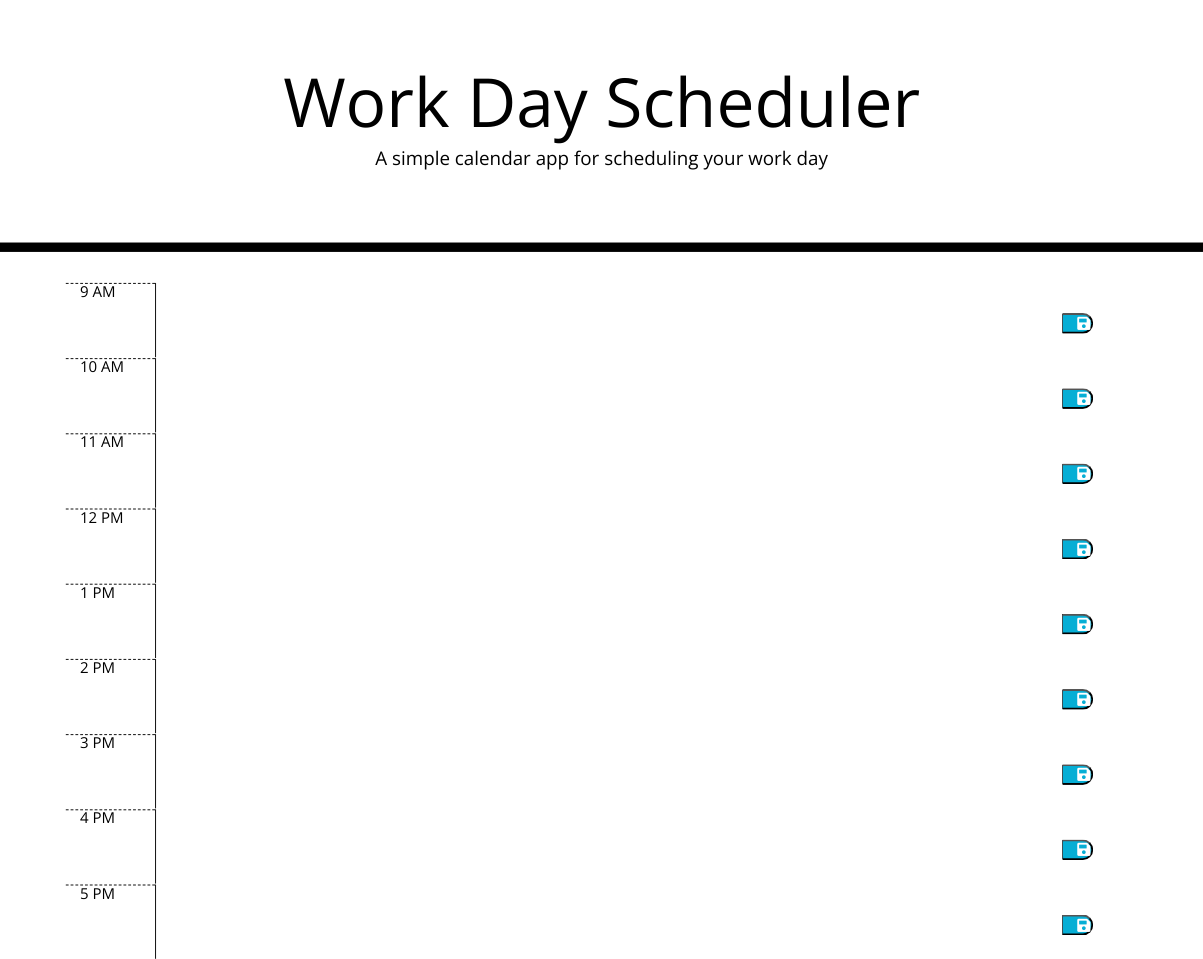
Repository: UPye/workDayScheduler
Page: index.html
The author's editor kept a copy of each file at every save. The page is drawn from the files as they stood at one save, then again after the next save.
The browser window is 1280 px wide. The pictures show the whole page, at 94% of full size.
Some web libraries are served in a nearby version.

Above is the page before, as saved 2021-01-25 21:57:51.
Console error: SyntaxError: Invalid or unexpected token

### index.html
<!DOCTYPE html>
<html lang="en">
  <head>
    <meta charset="UTF-8" />
    <meta name="viewport" content="width=device-width, initial-scale=1.0" />
    <meta http-equiv="X-UA-Compatible" content="ie=edge" />
    <link
      rel="stylesheet"
      href="https://stackpath.bootstrapcdn.com/bootstrap/4.3.1/css/bootstrap.min.css"
    />
    <link
      rel="stylesheet"
      href="https://use.fontawesome.com/releases/v5.8.1/css/all.css"
      integrity="sha384-50oBUHEmvpQ+1lW4y57PTFmhCaXp0ML5d60M1M7uH2+nqUivzIebhndOJK28anvf"
      crossorigin="anonymous"
    />
    <link
      href="https://fonts.googleapis.com/css?family=Open+Sans&display=swap"
      rel="stylesheet"
    />
    <link rel="stylesheet" href="./assets/CSS/style.css" />
    <title>Work Day Scheduler</title>
  </head>

  <body>
    <header class="jumbotron">
      <h1 class="display-3">Work Day Scheduler</h1>
      <p class="lead">A simple calendar app for scheduling your work day</p>
      <p id="currentDay" class="lead"></p>
    </header>

      <!-- Timeblocks go here -->
    <main class="container">
      <section class="row timeblocks" id="ls">
        <div class="col-1 hour">9 AM</div>
        <textarea id="hour-9" class="task col-10" name="server" autocomplete="off"></textarea>
        <div class="col-1 save">
          <button type="button" id="save-9" data-id="9" class="saveBtn col-1"><i class="fas fa-save"></i></button>
        </div>
      </section>
      <section class="row timeblocks">
        <div class="col-1 hour">10 AM</div>
        <textarea id="hour-10" class="col-10 task" placeholder="" autocomplete="off"></textarea>
        <div class="col-1 save">
          <button type="button" id="save-10" data-id="10" class="saveBtn col-1"><i class="fas fa-save"></i></button>
        </div>
      </section>
      <section class="row timeblocks">
        <div class="col-1 hour">11 AM</div>
        <textarea id="hour-11" class="col-10 task" placeholder="" autocomplete="off"></textarea>
        <div class="col-1 save">
          <button type="button" id="save-11" data-id="11" class="saveBtn col-1"><i class="fas fa-save"></i></button>
        </div>
      </section>
      <section class="row timeblocks">
        <div class="col-1 hour">12 PM</div>
        <textarea id="hour-12" class="col-10 task" placeholder="" autocomplete="off"></textarea>
        <div class="col-1 save">
          <button type="button" id="save-12" data-id="12" class="saveBtn col-1"><i class="fas fa-save"></i></button>
        </div>
      </section>
      <section class="row timeblocks">
        <div class="col-1 hour">1 PM</div>
        <textarea id="hour-1" class="task col-10" placeholder="" autocomplete="off"></textarea>
        <div class="col-1 save">
          <button type="button" id="save-1" data-id="1" class="saveBtn col-1"><i class="fas fa-save"></i></button>
        </div>
      </section>
      <section class="row timeblocks">
        <div class="col-1 hour">2 PM</div>
        <textarea id="hour-2" class="task col-10" placeholder="" autocomplete="off"></textarea>
        <div class="col-1 save">
          <button type="button" id="save-2" data-id="2" class="saveBtn col-1"><i class="fas fa-save"></i></button>
        </div>
      </section>
      <section class="row timeblocks">
        <div class="col-1 hour">3 PM</div>
        <textarea id="hour-3" class="task col-10" placeholder="" autocomplete="off"></textarea>
        <div class="col-1 save">
          <button type="button" id="save-3" data-id="3" class="saveBtn col-1"><i class="fas fa-save"></i></button>
        </div>
      </section>
      <section class="row timeblocks">
        <div class="col-1 hour">4 PM</div>
        <textarea id="hour-4" class="task col-10" placeholder="" autocomplete="off"></textarea>
        <div class="col-1 save">
          <button type="button" id="save-4" data-id="4" class="saveBtn col-1"><i class="fas fa-save"></i></button>
        </div>
      </section>
      <section class="row timeblocks">
        <div class="col-1 hour">5 PM</div>
        <textarea id="hour-5" class="task col-10" placeholder="" autocomplete="off"></textarea>
        <div class="col-1 save">
          <button type="button" id="save-5" data-id="5" class="saveBtn col-1"><i class="fas fa-save"></i></button>
        </div>
      </section>
    </div>

    <script src="https://code.jquery.com/jquery-3.4.1.min.js"></script>
    <script src="https://cdnjs.cloudflare.com/ajax/libs/moment.js/2.24.0/moment.min.js"></script>
    <script src="./assets/JS/script.js"></script>
  </body>
</html>

### assets/CSS/style.css
body {
  font-family: 'Open Sans', sans-serif;
  font-size: 16px;
  line-height: 1;
}

textarea {
  background: transparent;
  border: none;
  resize: none;
  color: #000000;
  border-left: 1px solid black;
  padding: 10px;
}

.jumbotron {
  text-align: center;
  background-color: transparent;
  color: black;
  border-radius: 0;
  border-bottom: 10px solid black;
}

.description {
  white-space: pre-wrap;
}

.time-block {
  text-align: center;
  border-radius: 15px;
}

.row {
  white-space: pre-wrap;
  height: 80px;
  border-top: 1px solid white;;
}

.hour {
  background-color: #ffffff;
  color: #000000;
  border-top: 1px dashed #000000;
}

.past {
  background-color: #d3d3d3;
  color: black;
}

.present {
  background-color: #ff6961;
  color: black;
}

.future {
  background-color: #77dd77;
  color: black;
}

.saveBtn {
  border-left: 1px solid black;
  border-top-right-radius: 15px;
  border-bottom-right-radius: 15px;
  background-size: 1px 100px;
  background-color: #06AED5;
  color: white;
}

.saveBtn i:hover {
  font-size: 20px;
  transition: all .3s ease-in-out;
}

### assets/JS/script.js
// Displays the date at the top
var date = moment().format("MMM Do YYYY");
$("#currentDay").text(date);

// Continually check for the time, in case task due dates are approaching
var currentTime = parseInt(moment().format("H"));
var aryTasks = [];


// Listens for click events on clickable items
$("button").on("click", function(event) {

    var calendarEntryId = $(this).attr("data-id");
    var calendarTextElement = "#hour-" + calendarEntryId;
    var calendarText = $(calendarTextElement).val();

    console.log(calendarText);

    var createObject = {
        hour: parseInt(calendarEntryId),
        task: calendarText
    };

    aryTasks.push(createObject);

    // Upload input to localStorage
    localStorage.setItem("taskData", JSON.stringify(aryTasks));
});

var updateInfo = function () {
    date = moment();
    datetime.html(date.format("dddd, MMMM Do YYYY, h:mm:ss a"));
};


// Check if task is in the past, present, or future
$("textarea").each(function() {
    var calendarTime = parseInt($(this).attr("data-id));
        $(this).removeClass("past");
        $(this).removeClass("present");
        $(this).removeClass("future");

        // Get data from the localStorage
        if (calendarTime >= 9 && calendarTime <= 11){
            $(this).val(calendarTime + "AM");
        } else {
            $(this).val(calendarTime + "PM");
        }
        if (calendarTime < currentTime) {
            $(this).addClass("past");
        }
        else if (calendarTime === currentTime) {
            $(this).addClass("present");
        }
        else if (calendarTime > currentTime) {
            $(this).addClass("future");
        };
});

aryTasks = JSON.parse(localStorage.getItem("taskData")) || [];

var renderData = function() {
    for(i=0; i < aryTasks.length; i++) {
        let input = $("#hour-" + aryTasks[i].hour);
        input.val(aryTasks[i].task);
    }
};

renderData();

After the next save:
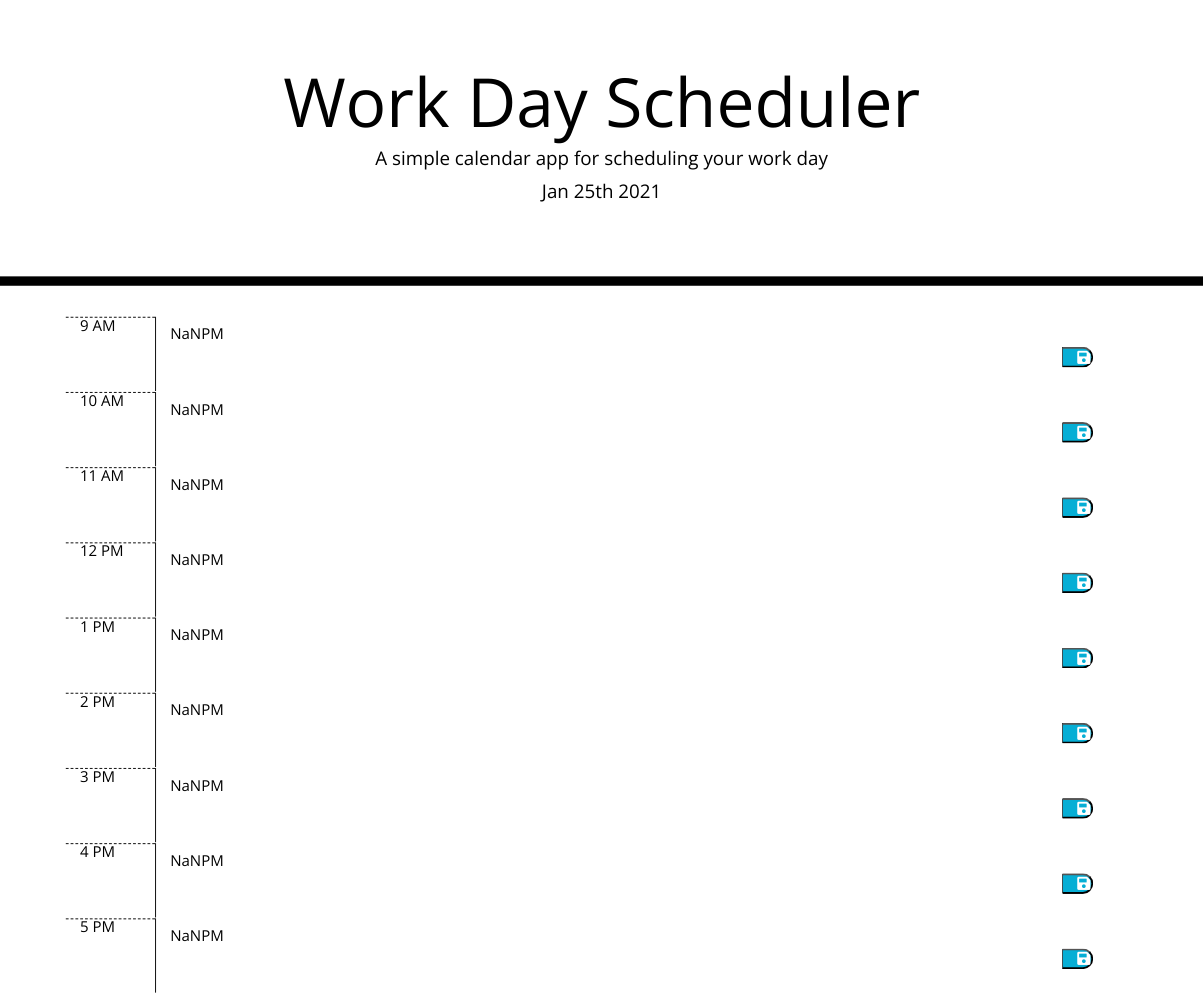
The error is gone.
Saved 20 s later.
--- a/assets/JS/script.js
+++ b/assets/JS/script.js
@@ -35,7 +35,7 @@ var updateInfo = function () {
 
 // Check if task is in the past, present, or future
 $("textarea").each(function() {
-    var calendarTime = parseInt($(this).attr("data-id));
+    var calendarTime = parseInt($(this).attr("data-id"));
         $(this).removeClass("past");
         $(this).removeClass("present");
         $(this).removeClass("future");
